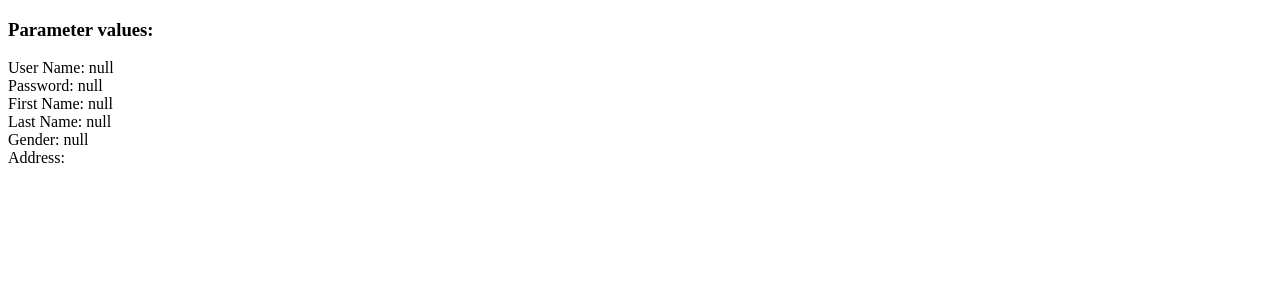
Repository: hoangkhanh2208/Jsp-Servlet-JDBC-Learn
Page: http://localhost/JspTutorial/demo/formProcessing.jsp
An editor plug-in stored every save of this project. The page is shown before and after the next save, followed by the edit.
The browser window is 1280 px wide. The pictures show the whole page.
The page is served by Tomcat 9.

Above is the page before, as saved 2021-05-20 10:05:03.

After the next save:
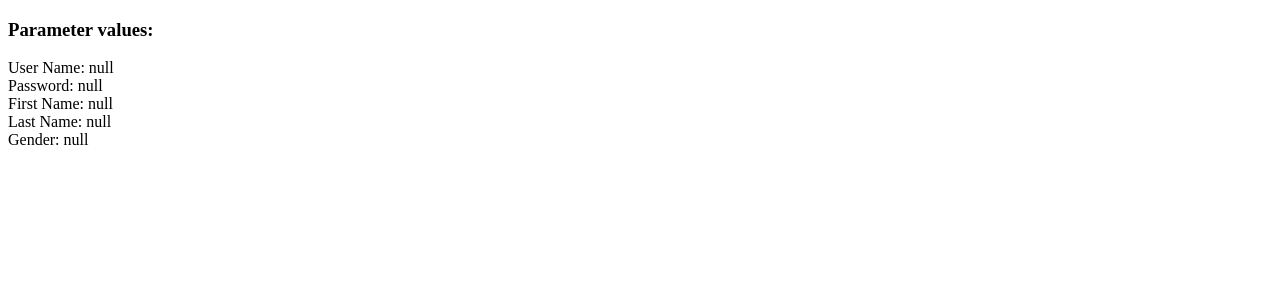
Saved 2 min 48 s later.
--- a/JspTutorial/src/main/webapp/demo/formProcessing.jsp
+++ b/JspTutorial/src/main/webapp/demo/formProcessing.jsp
@@ -27,14 +27,15 @@
 	<%=lastName%>
 	<br> Gender:
 	<%=gender%>
-	<br>Address:
+	<br>
 	<%
 	if (addresses != null) {
 		for(String address : addresses){
+	%>
 
-		}
-	}
-	%>
+		Address:<%=address %>
+		<%}} %>
+
 
 </body>
 </html>

After the 2 saves that followed:
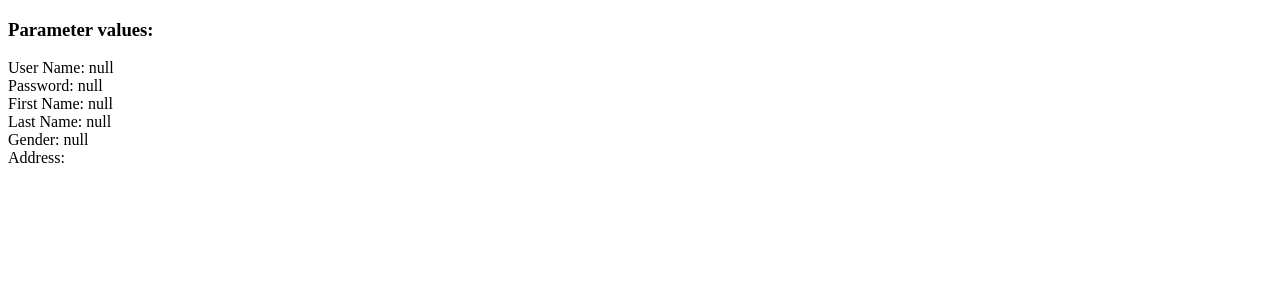
The 2 saves are shown as one change because 1 left the picture as it was.
The last was saved 58 s later.
--- a/JspTutorial/src/main/webapp/demo/formProcessing.jsp
+++ b/JspTutorial/src/main/webapp/demo/formProcessing.jsp
@@ -27,14 +27,14 @@
 	<%=lastName%>
 	<br> Gender:
 	<%=gender%>
-	<br>
+	<br>Address:
 	<%
 	if (addresses != null) {
 		for(String address : addresses){
 	%>
 
-		Address:<%=address %>
-		<%}} %>
+	<%=address %> -
+	<%}} %>
 
 
 </body>
